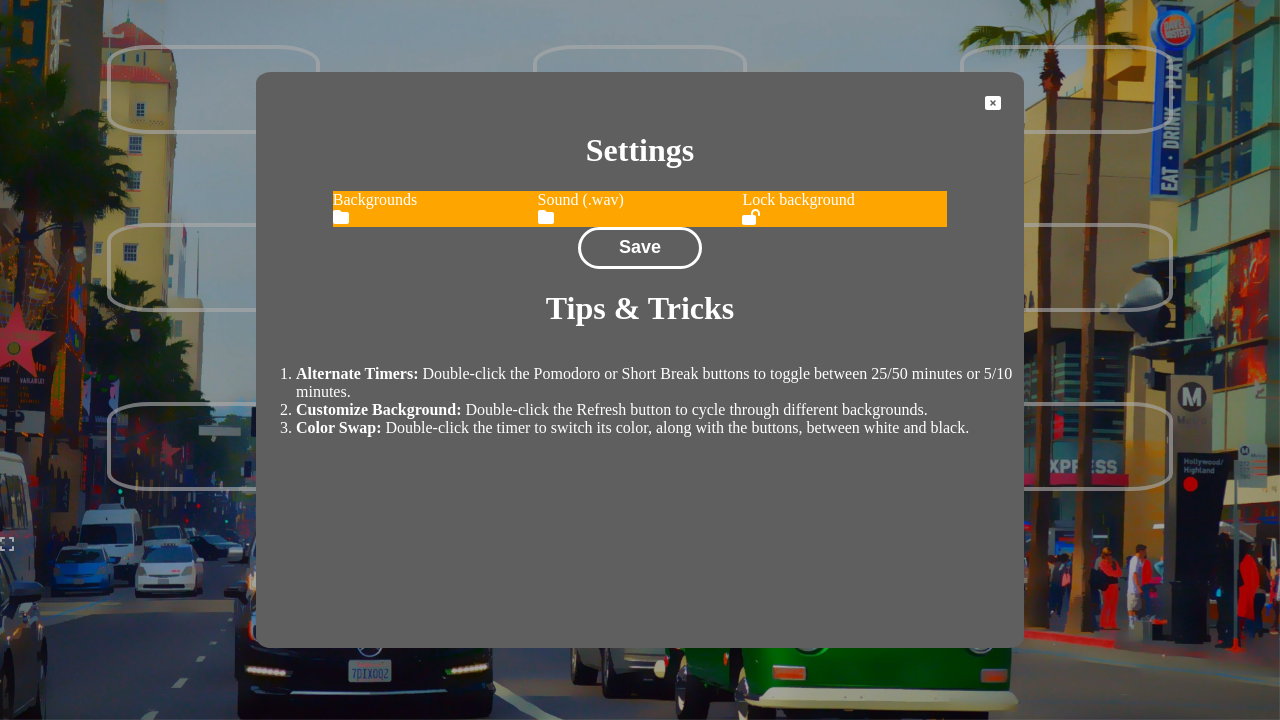
Repository: ttommytan/pomodoro
Page: /, after clicking the first element matching `svg.fa-gear`
The author's editor kept a copy of each file at every save. The page is drawn from the files as they stood at one save, then again after a run of saves.
The browser window is 1280 px wide. The pictures show the whole page.
The project was rebuilt for these pictures with package versions that can differ from the ones it lists, and the page was loaded fresh each time. Also part of the build but not shown: vite.config.js, src/components/Test.jsx, src/components/SliderComponent.jsx. Imported but missing from the stored project, and not drawn on this page: src/assets/chime.wav.

Above is the page before, as saved 2024-08-27 11:24:21.

After the next 6 saves:
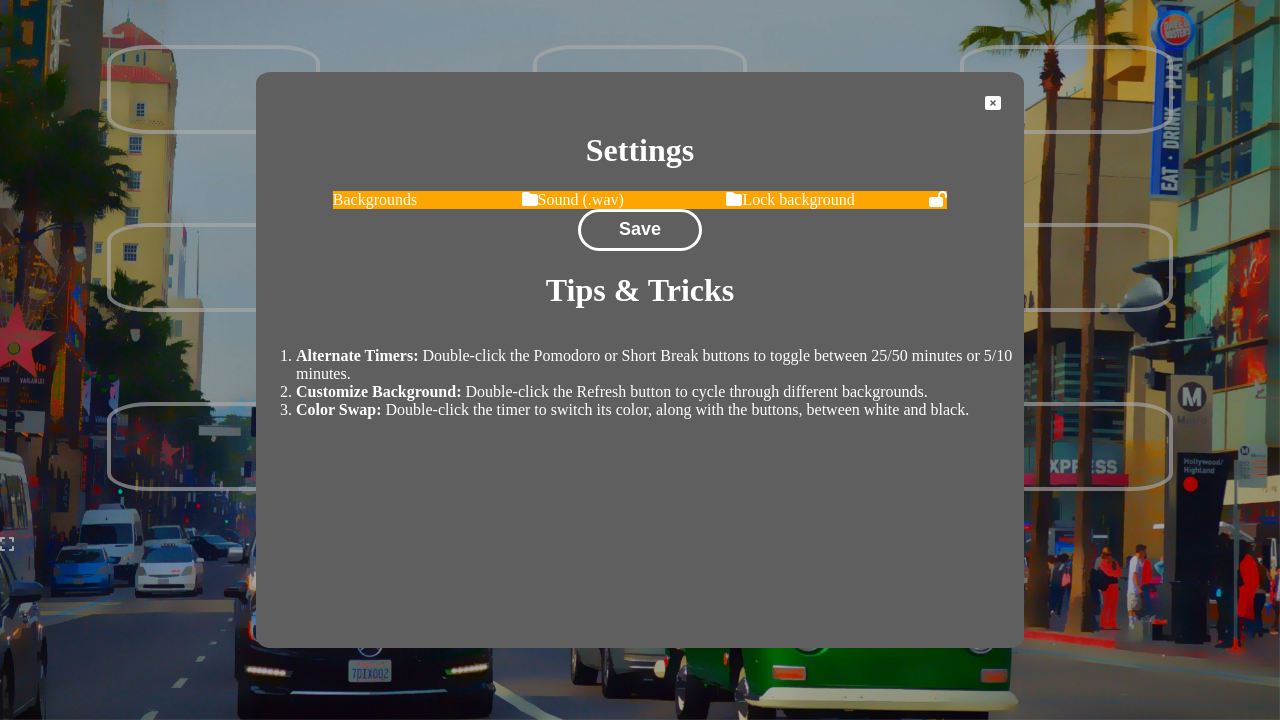
The 6 saves are shown as one change because they came seconds apart.
The last was saved 31 s later.
--- a/src/index.css
+++ b/src/index.css
@@ -317,8 +317,11 @@
   background-color: yellow;
   width: 80%;
   display: flex;
+  flex
+
 }
 .settings-element{
+  display: flex;
   justify-content: space-between;
   background-color: orange;
   width: 100%;
